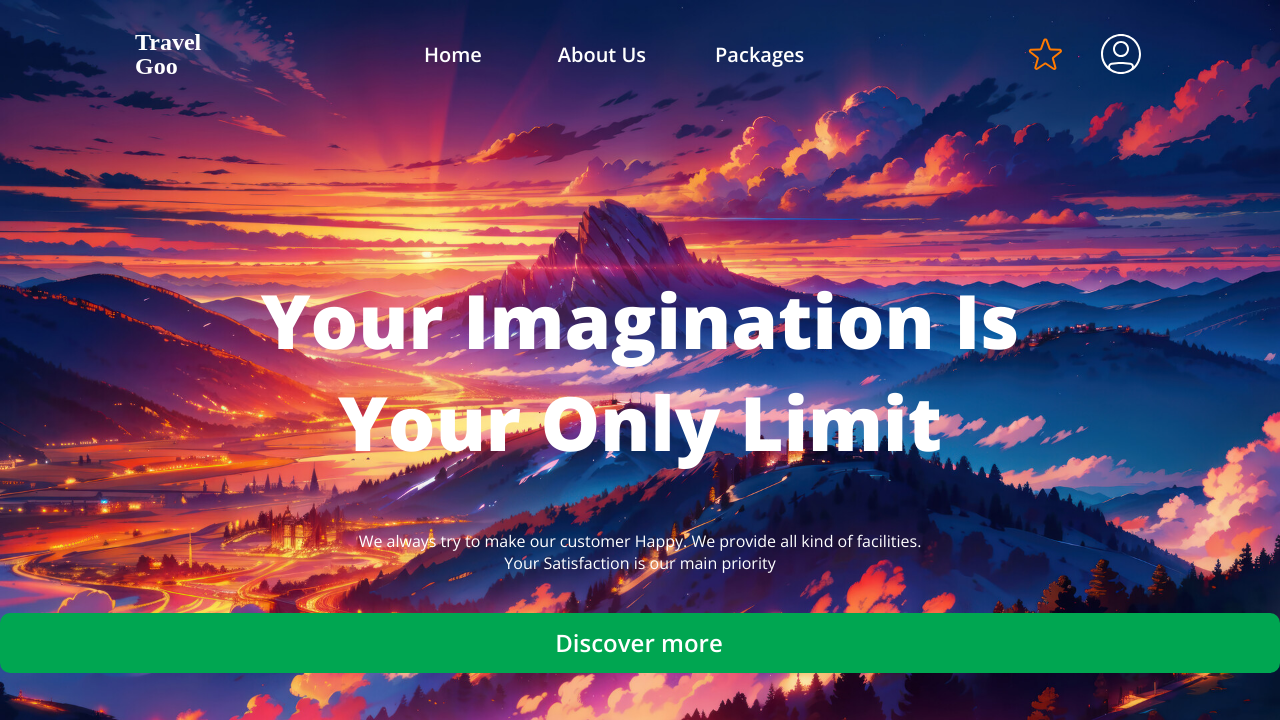
Repository: HeybetzadeQedim/task-3
Page: index.html
The author's editor kept a copy of each file at every save. The page is drawn from the files as they stood at one save, then again after the next save.
The browser window is 1280 px wide. The pictures show the whole page.
Some web fonts or font styles are not loaded; a fallback is used.

Above is the page before, as saved 2023-10-07 13:48:55.

After the next save:
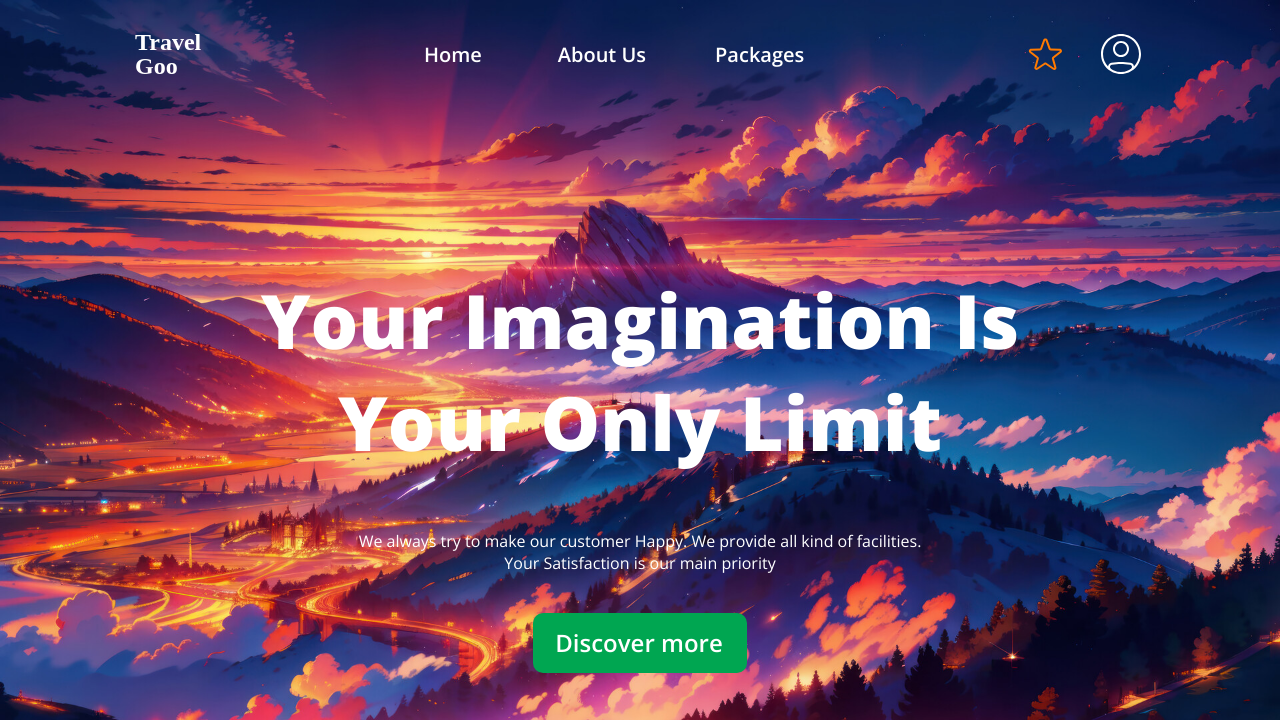
Saved 17 s later.
--- a/index.css
+++ b/index.css
@@ -89,6 +89,8 @@ h1 {
   line-height: normal;
 }
 .text-3 {
+  width: 214px;
+
   color: #fff;
   /* margin-left: 630px; */
   margin: auto;
